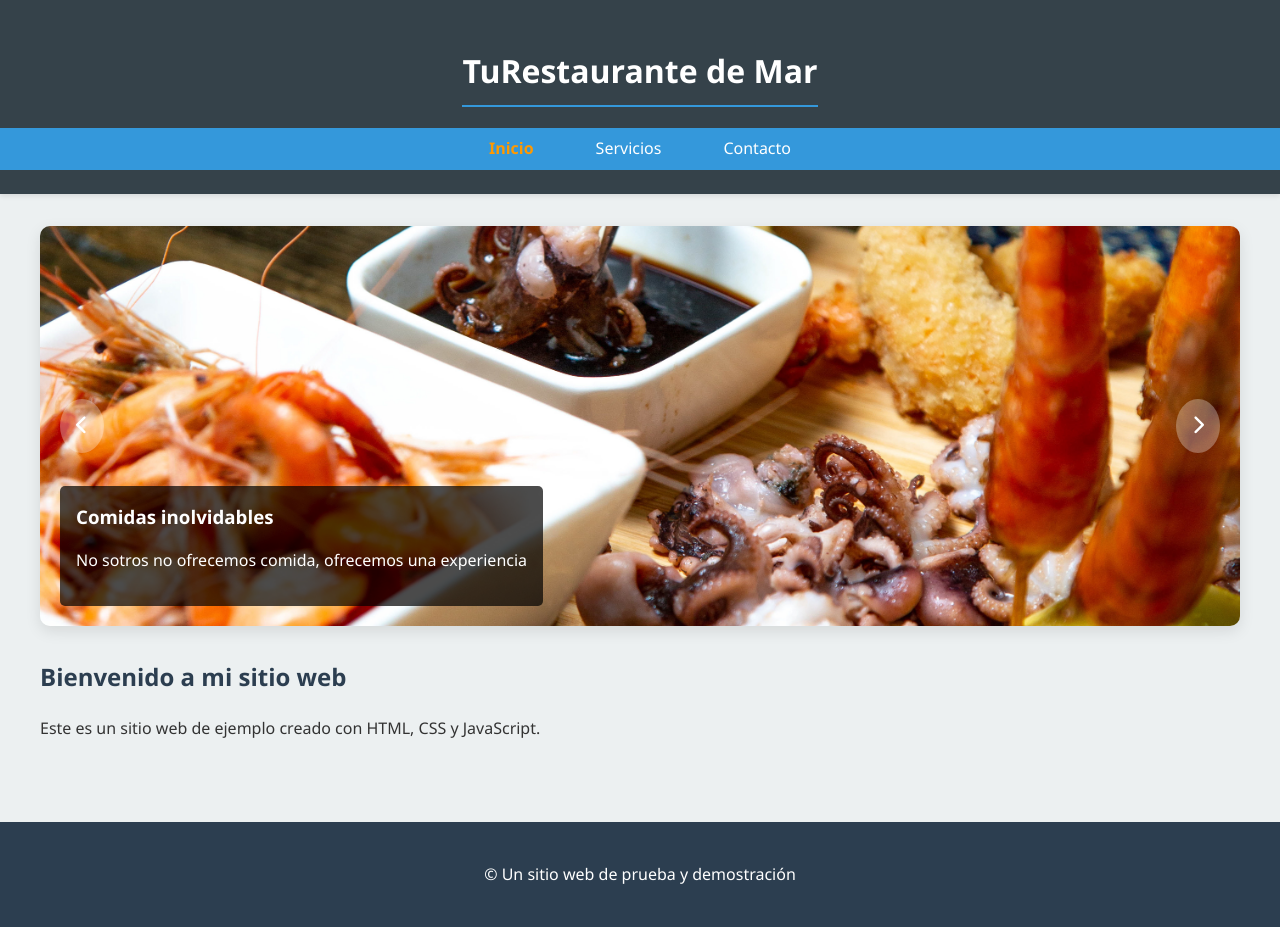
Repository: Sevanjo/Pagina_web
Page: HTML/index.html
The author's editor kept a copy of each file at every save. The page is drawn from the files as they stood at one save, then again after the next save.
The browser window is 1280 px wide. The pictures show the whole page.
Pictures or frames that could not be fetched are drawn as grey boxes.

Above is the page before, as saved 2025-05-04 18:10:50.

After the next save:
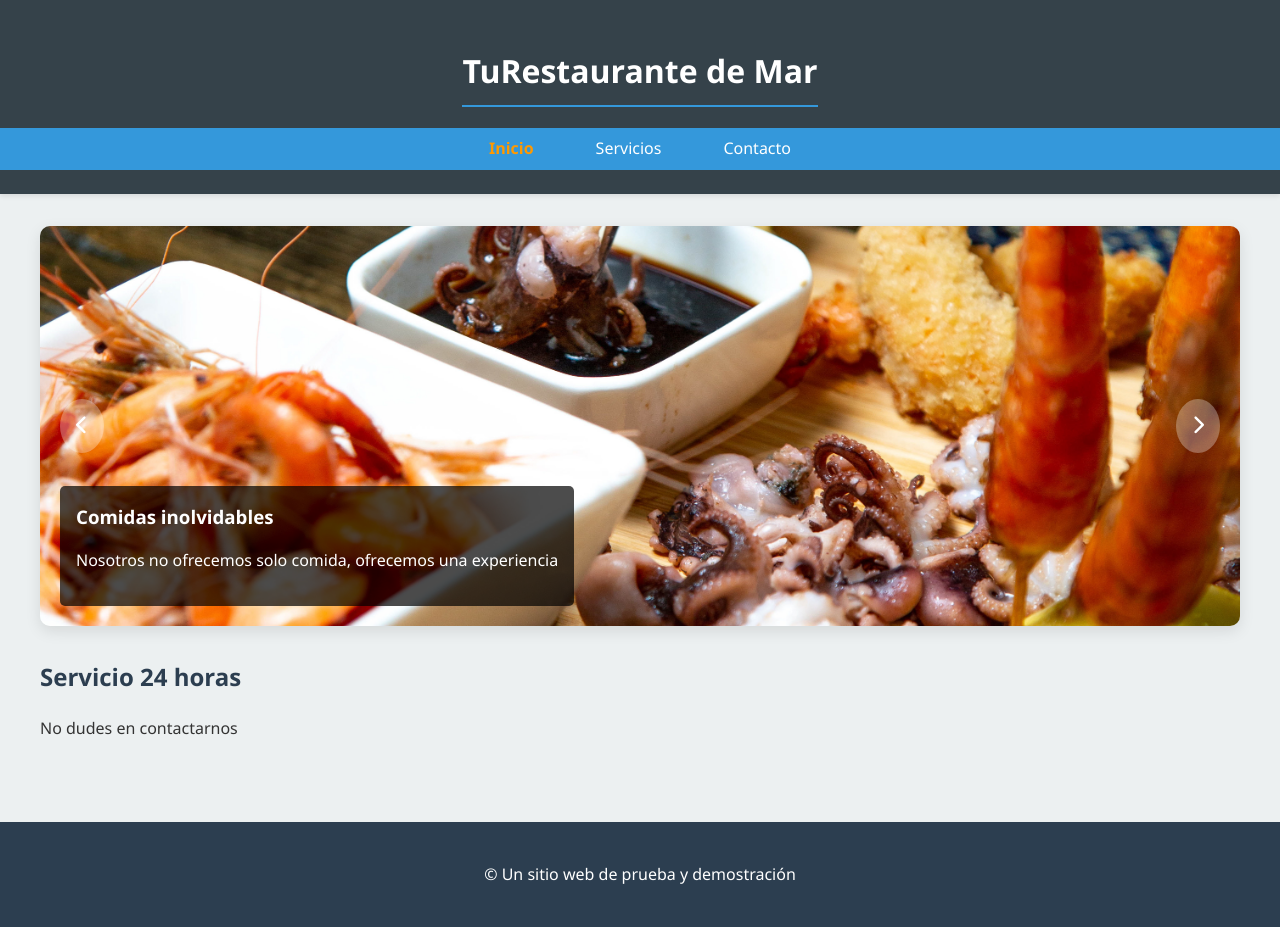
Saved 104 s later.
--- a/HTML/index.html
+++ b/HTML/index.html
@@ -5,7 +5,7 @@
     <meta name="viewport" content="width=device-width, initial-scale=1.0">
     <title>Mi Sitio Web - Inicio</title>
     <link rel="stylesheet" href="../CSS/styles.css">
-    <link rel="stylesheet" href="https://cdnjs.cloudflare.com/ajax/libs/font-awesome/6.0.0/css/all.min.css">   <!-- Nuevo: Agregamos Font Awesome para íconos del carrusel -->
+    <link rel="stylesheet" href="https://cdnjs.cloudflare.com/ajax/libs/font-awesome/6.0.0/css/all.min.css">
 </head>
 <body>
     <header>
@@ -34,27 +34,27 @@
                     <img src="../IMAGENES/imagen_2.jpg" alt="Imagen 2 del slider">
                     <div class="slide-caption">
                         <h3>Comidas inolvidables</h3>
-                        <p>No sotros no ofrecemos comida, ofrecemos una experiencia</p>
+                        <p>Nosotros no ofrecemos solo comida, ofrecemos una experiencia</p>
                     </div>
                 </div>
                 <div class="slide">
                     <img src="../IMAGENES/imagen_3.jpg" alt="Imagen 3 del slider">
                     <div class="slide-caption">
                         <h3>Servicios en diferentes ciudades</h3>
-                        <p>descubre donde puedes encontrarnos</p>
+                        <p>Descubre donde puedes encontrarnos</p>
                     </div>
                 </div>
             </div>
-            <!-- Controles del slider -->
+
             <button class="slider-btn prev-btn"><i class="fas fa-chevron-left"></i></button>
             <button class="slider-btn next-btn"><i class="fas fa-chevron-right"></i></button>
-            <!-- Indicadores/puntos -->
+
             <div class="slider-indicators"></div>
         </section>
 
         <section>
-            <h2>Bienvenido a mi sitio web</h2>
-            <p>Este es un sitio web de ejemplo creado con HTML, CSS y JavaScript.</p>
+            <h2>Servicio 24 horas</h2>
+            <p>No dudes en contactarnos</p>
         </section>
     </main>
 
